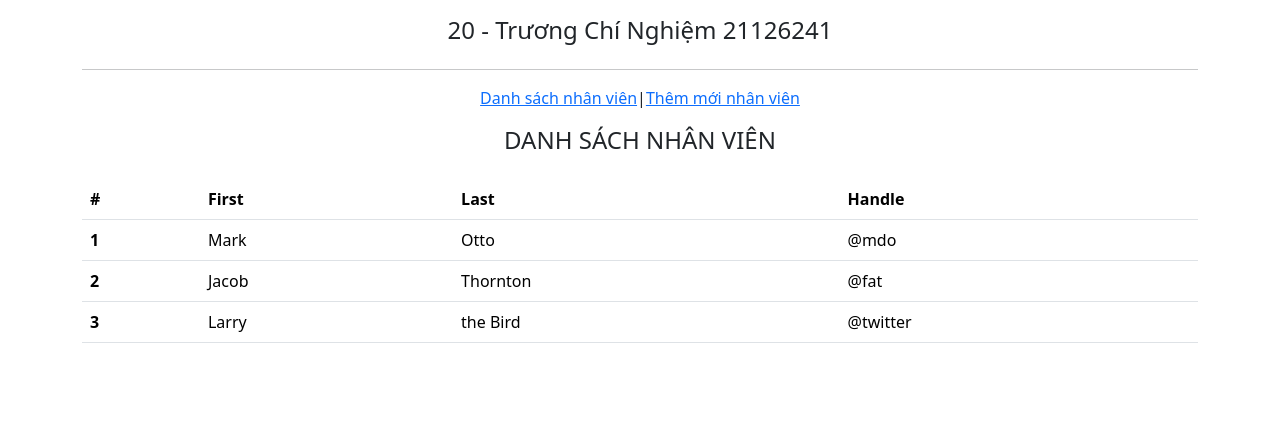
Repository: TruongChiNghiem1/wwwServlet
Page: http://localhost/20_TruongChiNghiem_21126241/views/ListNhanVien/index.jsp
An editor plug-in stored every save of this project. The page is shown before and after the next save, followed by the edit.
The browser window is 1280 px wide. The pictures show the whole page.
The page is served by Tomcat 10.

Above is the page before, as saved 2024-10-25 16:52:04.

After the next save:
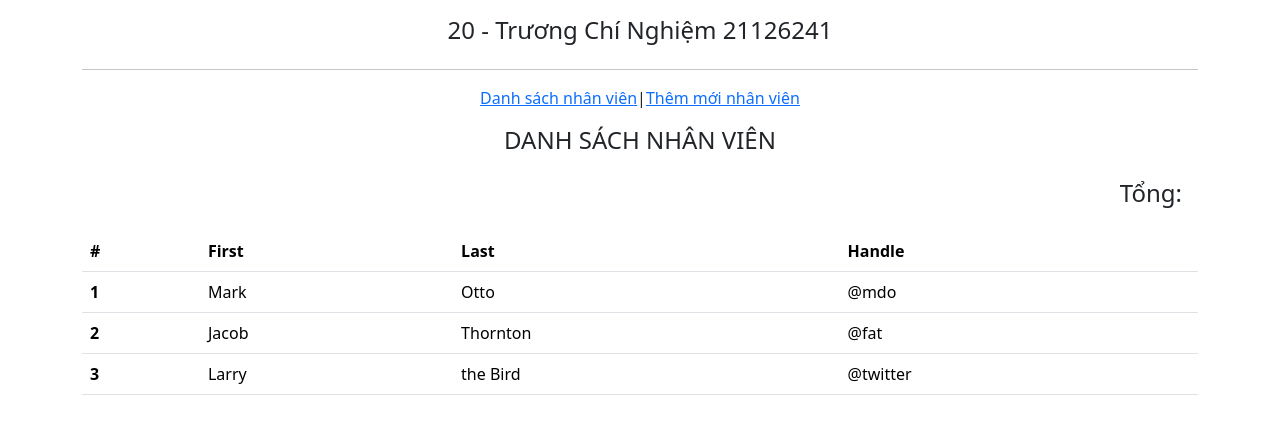
Saved 31 s later.
--- a/20_TruongChiNghiem_21126241/src/main/webapp/views/ListNhanVien/index.jsp
+++ b/20_TruongChiNghiem_21126241/src/main/webapp/views/ListNhanVien/index.jsp
@@ -27,6 +27,9 @@
 		</div>
 		<div class="d-flex justify-content-center m-3">
 			<h4>DANH SÁCH NHÂN VIÊN</h4>
+		</div>
+		<div class="d-flex justify-content-end m-3">
+			<h4>Tổng: </h4>
 		</div>
 		<div>
 			<table class="table">
